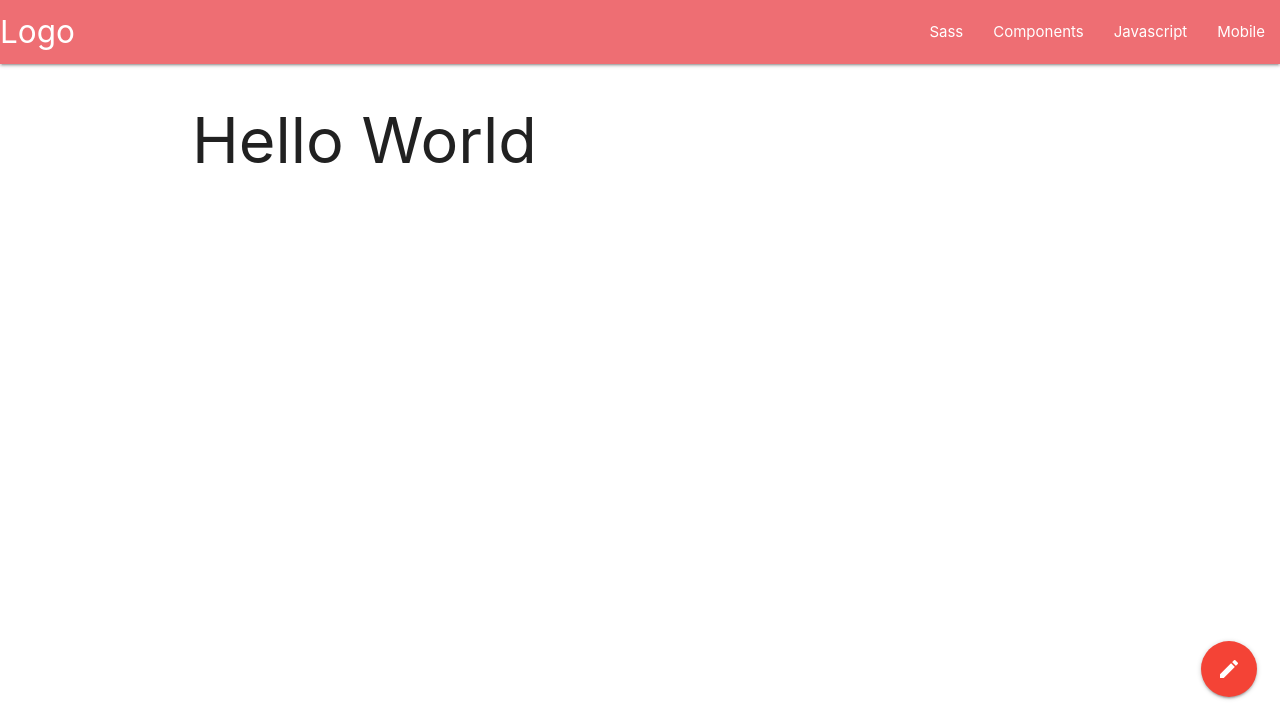
Repository: latenightsnacc/Static-Web-Projects
Page: ceeless-site/index.html
The author's editor kept a copy of each file at every save. The page is drawn from the files as they stood at one save, then again after the next save.
The browser window is 1280 px wide. The pictures show the whole page.
Some web libraries are served in a nearby version.

Above is the page before, as saved 2020-07-22 12:16:18.

### ceeless-site/index.html
<html lang="en">
<head>
    <meta charset="UTF-8">
    <meta name="viewport" content="width=device-width, initial-scale=1.0">
    <!-- Compiled and minified CSS -->
    <link rel="stylesheet" href="https://cdnjs.cloudflare.com/ajax/libs/materialize/1.0.0/css/materialize.min.css">
    <link href="https://fonts.googleapis.com/icon?family=Material+Icons" rel="stylesheet">


    <title>Ceeless || Licorne Technologies Limited</title>
</head>
<body>
    <main class="wrapper">
        <div class="container-fluid">
            <nav>
                <div class="nav-wrapper">
                  <a href="#!" class="brand-logo">Logo</a>
                  <a href="#" data-target="mobile-demo" class="sidenav-trigger"><i class="material-icons">menu</i></a>
                  <ul class="right hide-on-med-and-down">
                    <li><a href="sass.html">Sass</a></li>
                    <li><a href="badges.html">Components</a></li>
                    <li><a href="collapsible.html">Javascript</a></li>
                    <li><a href="mobile.html">Mobile</a></li>
                  </ul>
                </div>
              </nav>
        </div>

        <ul class="sidenav" id="mobile-demo">
            <li><a href="sass.html">Sass</a></li>
            <li><a href="badges.html">Components</a></li>
            <li><a href="collapsible.html">Javascript</a></li>
            <li><a href="mobile.html">Mobile</a></li>
        </ul>

<div class="fixed-action-btn">
    <a class="btn-floating btn-large red">
      <i class="large material-icons">mode_edit</i>
    </a>
    <ul>
      <li><a class="btn-floating red"><i class="material-icons">insert_chart</i></a></li>
      <li><a class="btn-floating yellow darken-1"><i class="material-icons">format_quote</i></a></li>
      <li><a class="btn-floating green"><i class="material-icons">publish</i></a></li>
      <li><a class="btn-floating blue"><i class="material-icons">attach_file</i></a></li>
    </ul>
  </div>
        <section class="banner">
            <div class="container">
                <h1>Hello World</h1>
            </div>
        </section>
        <section class="what-we-do">
            <div class="container"></div>
        </section>
        <section class="portfolio">
            <div class="container"></div>
        </section>
        <section class="about-ceeless">
            <div class="container"></div>
        </section>
        <section class="contact-us">
            <div class="container"></div>
        </section>
    </main>
    <!--Scripts-->
    <!-- Compiled and minified JavaScript -->
    <script src="https://cdnjs.cloudflare.com/ajax/libs/materialize/1.0.0/js/materialize.min.js"></script>
    <script src="js/main.js"></script>
</body>
</html>

Loaded but not shown: ceeless-site/js/main.js (no stored copy; drawn as an empty file)

After the next save:
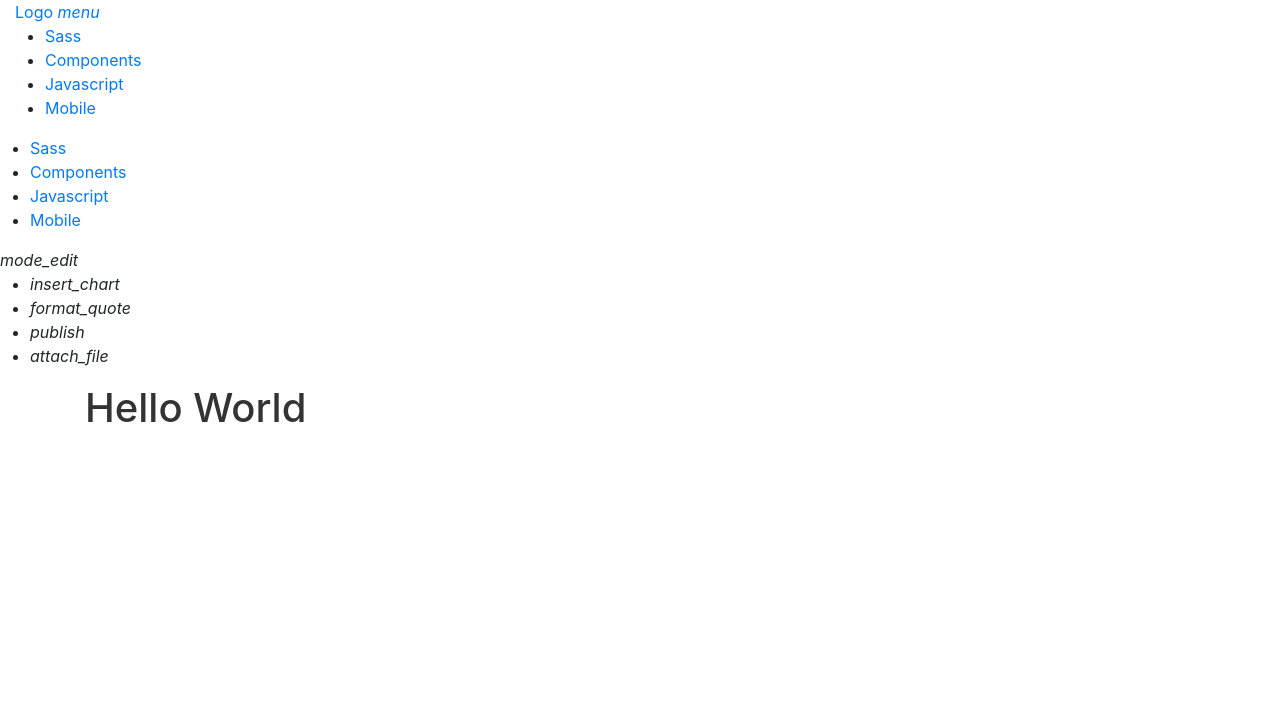
Saved 43 s later.
--- a/ceeless-site/index.html
+++ b/ceeless-site/index.html
@@ -2,9 +2,13 @@
 <head>
     <meta charset="UTF-8">
     <meta name="viewport" content="width=device-width, initial-scale=1.0">
-    <!-- Compiled and minified CSS -->
-    <link rel="stylesheet" href="https://cdnjs.cloudflare.com/ajax/libs/materialize/1.0.0/css/materialize.min.css">
-    <link href="https://fonts.googleapis.com/icon?family=Material+Icons" rel="stylesheet">
+    <!-- UIkit CSS -->
+    <link rel="stylesheet" href="https://cdn.jsdelivr.net/npm/uikit@3.5.4/dist/css/uikit.min.css" />
+    <!--Bootstrap-->
+    <link rel="stylesheet" href="https://stackpath.bootstrapcdn.com/bootstrap/4.5.0/css/bootstrap.min.css" integrity="sha384-9aIt2nRpC12Uk9gS9baDl411NQApFmC26EwAOH8WgZl5MYYxFfc+NcPb1dKGj7Sk" crossorigin="anonymous">
+    <!--Font awesome -->
+    <link rel="stylesheet" href="https://stackpath.bootstrapcdn.com/font-awesome/4.7.0/css/font-awesome.min.css">
+    <!--Stylesheet-->
 
 
     <title>Ceeless || Licorne Technologies Limited</title>
